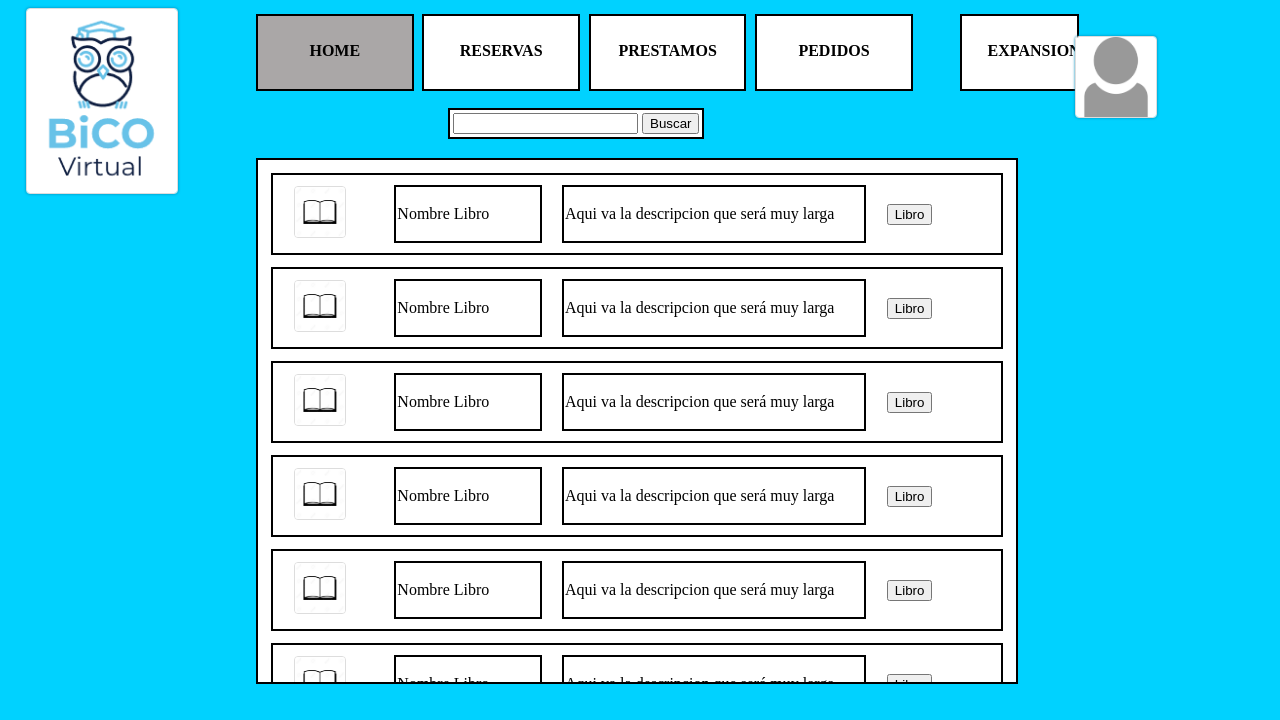
Repository: i72frpeu/IW_Bien
Page: http://localhost/Trabajo_IW/Home (Admin).jsp
These files come from the project's save history. The page is drawn as it stood at one moment and after the next save; the edit follows.
The browser window is 1280 px wide. The pictures show the whole page.
An inner scrolling area shows only its first screen. The page is served by Tomcat 9. Other server files are loaded and not shown.

Above is the page before, as saved 2020-05-19 13:14:52.

### WorkSpace/Trabajo IW/WebContent/Home (Admin).jsp
<%@ page language="java" contentType="text/html; charset=ISO-8859-1" pageEncoding="ISO-8859-1"%>
<%@ include file="Includes/headeradminhome.jsp" %>

<!DOCTYPE html>

<html>

<head>
	<meta charset="ISO-8859-1">
	<title>Home (Libros)</title>
	<link rel="stylesheet" type="text/css" href="CSS/headeradmin.css">
	<link rel="stylesheet" type="text/css" href="CSS/wf4.0.css">
</head>

<body>
  <!--Roll de artículos-->

  <div class="buscador">
  	<form>
  		<table>
  		<tr>
  		<td><input type="text" name="buscar" required></td>
  		<td><input type="submit" value="Buscar"></td>
  		</tr>
  		</table>
  	</form>
  </div>

  <div class="div_home">
    <table class="dos">
    <% for (int i = 0; i < 8; i++){ %>
        <tr>
          <td>
              <table class="uno">
                  <tr>
                    <td class="td_user_img"><a href=""><img src="img/libro.png" alt="IMG_USER" class="img_user_2"></a></td>
                    <td class="tdlibro"> Nombre Libro </td>
                    <td class="td_user_des">Aqui va la descripcion que será muy larga</td>
                    <td> <a href="Vistas/Libro.jsp"><button name="foro" class="boton_user">Libro</button></a><td>
                  </tr>
                </table>
          </td>
        </tr>
        <%} %>
    </table>
  </div>

  <div class="nuevo_boton">

  </div>

</body>

</html>

### WorkSpace/Trabajo IW/WebContent/Includes/headeradminhome.jsp
<!DOCTYPE html>
<html>

<head>
	<meta charset="ISO-8859-1">
</head>

<body>
  <header class="main-header">
    <!--Definimos el logo-->
    <img src="img/logo.PNG" alt="LOGO" class="logo_home">
    <!--Enlace a HOME-->
	<a href="Home (Libros).jsp" class="link_home"><strong>HOME</strong></a>
    <!--Enlace a Reservas-->
    <a href="Vistas/Home Reservas.jsp" class="link_amigos"><strong>RESERVAS</strong></a>
    <!--Enlace a Prestamos-->
    <a href="Vistas/Home Prestamos.jsp" class="link_buscador"><strong>PRESTAMOS</strong></a>
    <!-- Enlace pedidos -->
    <a href="Vistas/Home Pedidos.jsp" class="link_foro"><strong>PEDIDOS</strong></a>
    <!--Definimos imagen usuario-->
    <a href="Vistas/Home Pedidos.jsp" class="link_Expansiones"><strong>EXPANSIONES</strong></a>
    <div>
      <img src="img/profile-42914_960_720.png" alt="IMG_USER" class="img_user">
      <div class="options_user">
        <form>
        </form>
      </div>
    </div>
  </header>
 </body>
 </html>

### WorkSpace/Trabajo IW/WebContent/CSS/headeradmin.css
body
{
	background-color: rgb(0,210,255);
}


/*153x100 pixeles*/
.logo_home
{
	position: fixed;
	left: 2%;
	width: 150px;
	margin-right: 5%;
	border: 1px solid #ddd;
  	border-radius: 4px;
  	box-shadow: 0 0 2px 1px rgba(0, 140, 186, 0.5);
}

.img_user
{
	position: fixed;
	left: 82%;
	top: 5%;
	width: 80px;
	height: 80px;
	margin-left: 2%;
	border: 1px solid #ddd;
  	border-radius: 4px;
  	box-shadow: 0 0 2px 1px rgba(0, 140, 186, 0.5);
}
.options_user
{
	position: fixed;
	top: 18%;
	left: 84%;
}


.link_home
{
	background-color: white;
	border: 2px solid black;
	color: black;
	text-decoration: none;
	padding: 2%;
	left: 20%;
	top:2%;
	width: 8%;
	height: 3%;
	text-align: center;
	position: fixed;
}

.link_amigos
{
	background-color: white;
	border: 2px solid black;
	color: black;
	text-decoration: none;
	padding: 2%;
	left: 33%;
	top:2%;
	width: 8%;
	height: 3%;
	text-align: center;
	position: fixed;
}

.link_buscador
{
	background-color: white;
	border: 2px solid black;
	color: black;
	text-decoration: none;
	padding: 2%;
	left: 46%;
	top:2%;
	width: 8%;
	height: 3%;
	text-align: center;
	position: fixed;
}

.link_foro
{
	background-color: white;
	border: 2px solid black;
	color: black;
	text-decoration: none;
	padding: 2%;
	left: 59%;
	top:2%;
	width: 8%;
	height: 3%;
	text-align: center;
	position: fixed;
}

.link_Expansiones
{
	background-color: white;
	border: 2px solid black;
	color: black;
	text-decoration: none;
	padding: 2%;
	left: 75%;
	top:2%;
	width: 5%;
	height: 3%;
	text-align: center;
	position: fixed;
}

div.div_lista_amigos
{
	background-color: white;
	border: 2px solid black;
	position: fixed;
	left: 2%;
	top: 40%;
	width: 10%;
	height: 45%;
	padding: 2%;
	overflow: auto;
}

.boton_cir
{
	border-radius: 200px 200px 200px 200px;
	-moz-border-radius: 200px 200px 200px 200px;
	-webkit-border-radius: 200px 200px 200px 200px;
	left: 85%;
	top: 75%;
	width: 100px;
	height: 100px;
	font-size: 80px;
	position: fixed;
	border: 0;
	color: white;
	background-color: rgb(0, 46, 255);
	box-shadow: 0 4px 8px 0 rgba(0, 0, 0, 0.2), 0 6px 20px 0 rgba(0, 0, 0, 0.19);
 }

a.sobre
{
	position: fixed;
	left: 30%;
	top: 96%;
}

a.tecnico
{
	position: fixed;
	left: 60%;
	top: 96%;
}

.div_home
{
	background-color: white;
	border: 2px solid black;
	position: fixed;
	left: 20%;
	right: 20.5%;
	top:22%;
	bottom: 5%;
	color: black;
	overflow: auto;
}

.img_user_2
{
	top: 5px;
	left: 5px;
	height: 50px;
	width: 50px;
	border: 1px solid #ddd;
  	border-radius: 4px;
}
table.uno
{
	border: 2px solid black;
	border-spacing: 20px 10px;

	width: 100%;

}

table.dos
{
	border: 2px solid white;
	border-spacing: 10px;
	width: 100%;

}
.td_user_des
{
	border: 2px solid black;
	width: 50%;
}

.buscador
{
	position: relative;
	top: 2%;
	left: 15%;

}
.q_buscador
{
	width: 60%;
}

### WorkSpace/Trabajo IW/WebContent/CSS/wf4.0.css
.link_home
{
	background-color: rgb(170, 167, 167);
}

div.buscador
{
	background-color: white;
	border: 2px solid black;
	position: fixed;
	top: 15%;
	left: 35%;
}

table.tablalibro
{
	width: 100%;
	border: 2px;
	border-spacing: 20px 10px;
	height: 100%;
}

.tdlibro
{
	border: 2px solid black;
}

After the next save:
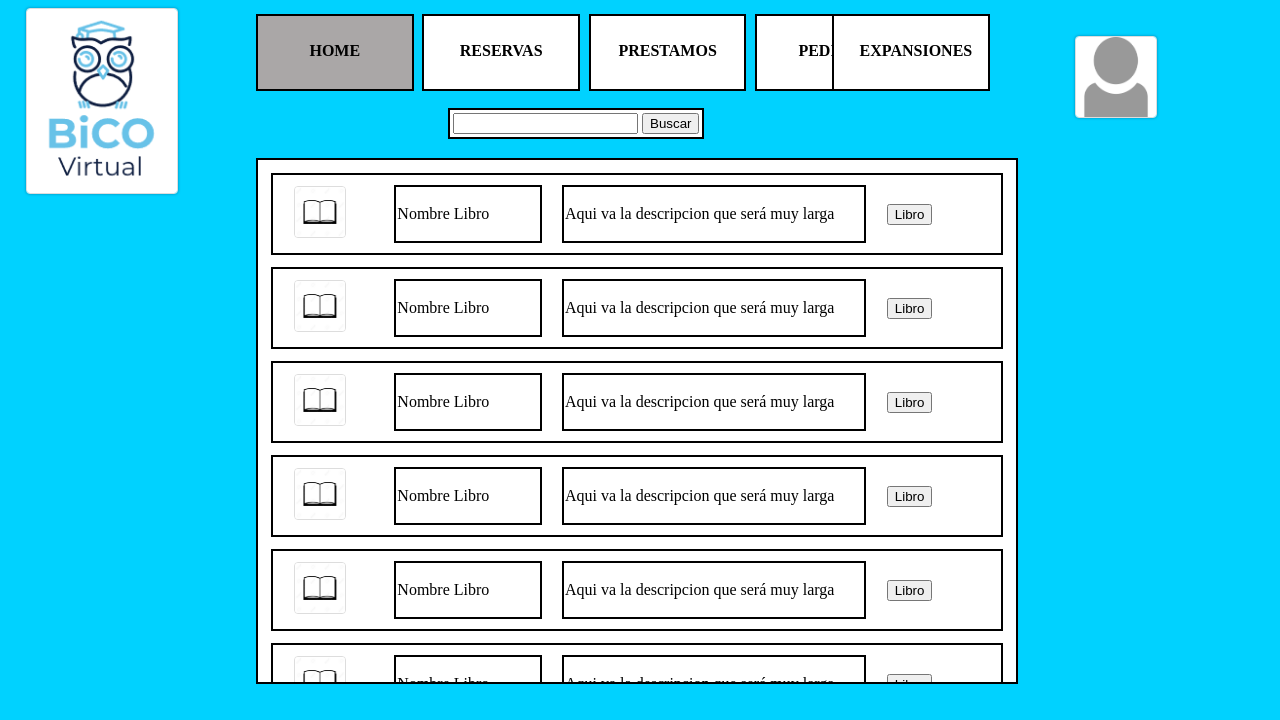
Saved 14 s later.
--- a/WorkSpace/Trabajo IW/WebContent/CSS/headeradmin.css
+++ b/WorkSpace/Trabajo IW/WebContent/CSS/headeradmin.css
@@ -103,9 +103,9 @@ body
 	color: black;
 	text-decoration: none;
 	padding: 2%;
-	left: 75%;
-	top:2%;
-	width: 5%;
+	left: 65%;
+	top:2%;
+	width: 8%;
 	height: 3%;
 	text-align: center;
 	position: fixed;
